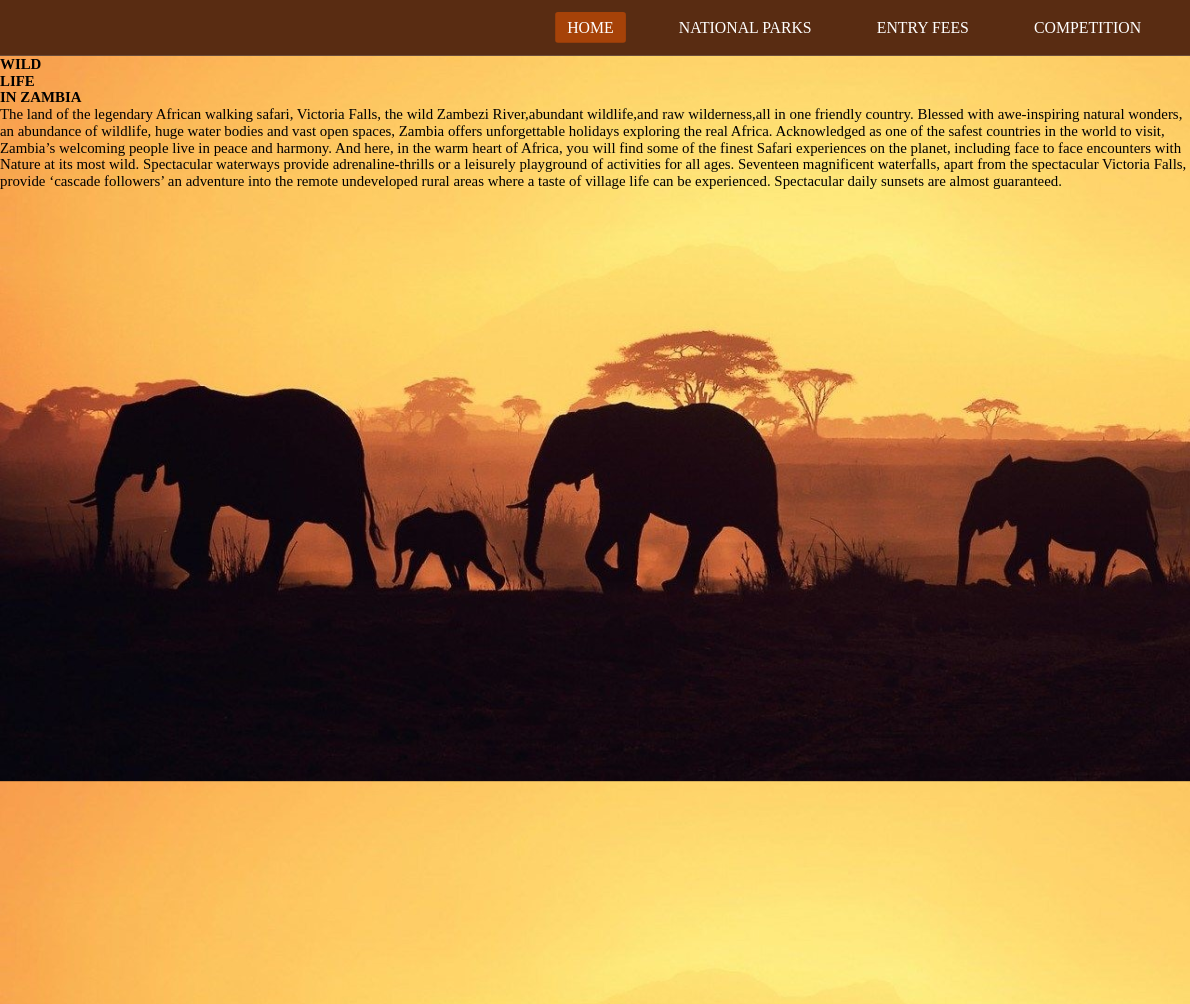
Repository: Lungdjos/web_assignment_3rd_yr
Page: home/index.html
These files come from the project's save history. The page is drawn as it stood at one moment and after a run of saves; the edit follows.
The browser window is 1280 px wide. The pictures show the whole page, at 93% of full size.
Some web libraries are served in a nearby version.

Above is the page before, as saved 2021-06-18 15:09:04.

After the next 3 saves:
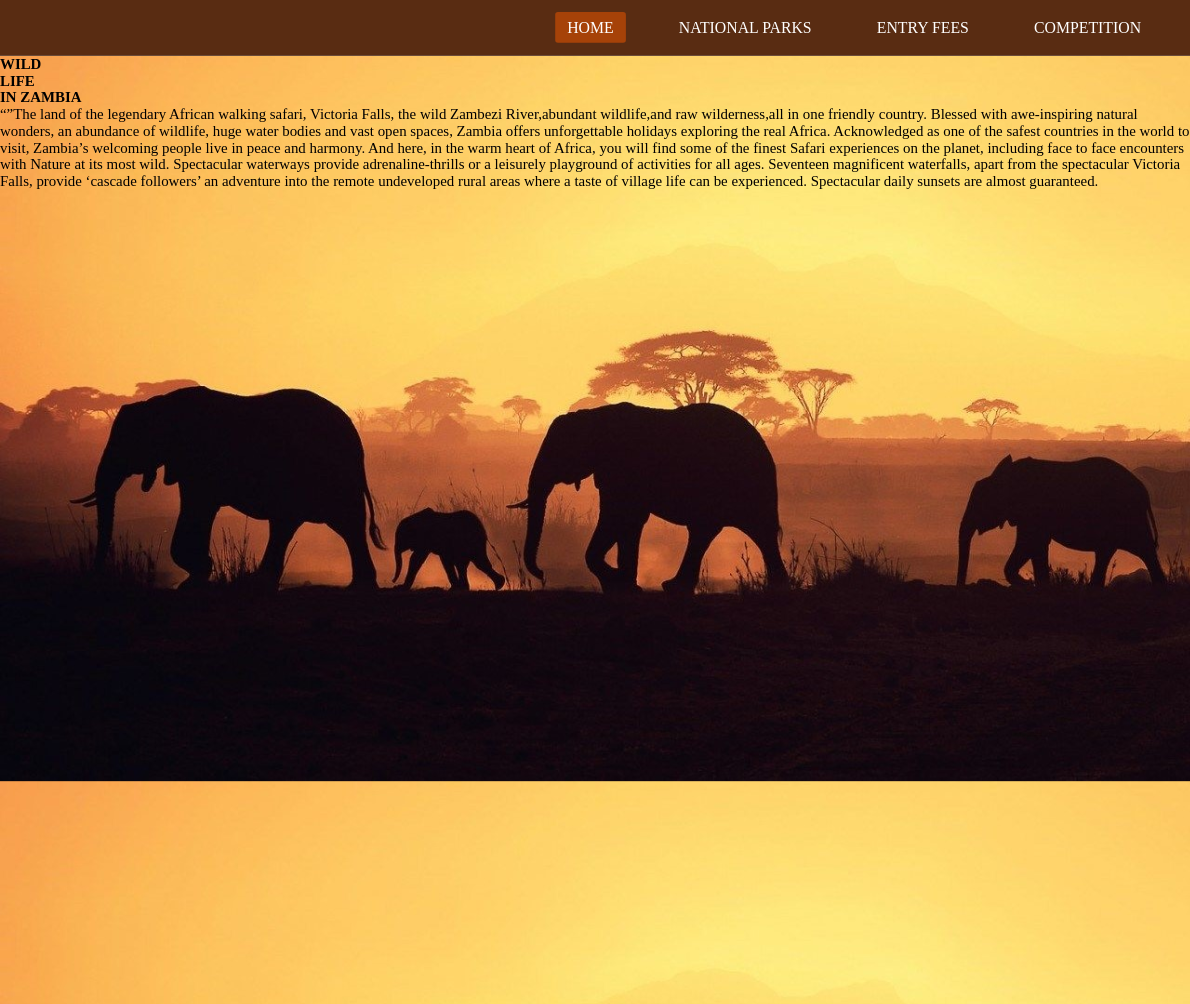
The 3 saves are shown as one change because they came seconds apart.
The last was saved 26 s later.
--- a/home/index.html
+++ b/home/index.html
@@ -53,11 +53,12 @@
                 </p>
             </div>
             <div>
-                <p>The land of the legendary African walking safari, Victoria Falls, the wild Zambezi River,abundant wildlife,and raw wilderness,all in one friendly country. Blessed with awe-inspiring natural wonders, an abundance of wildlife, huge water
-                    bodies and vast open spaces, Zambia offers unforgettable holidays exploring the real Africa. Acknowledged as one of the safest countries in the world to visit, Zambia’s welcoming people live in peace and harmony. And here, in the warm
-                    heart of Africa, you will find some of the finest Safari experiences on the planet, including face to face encounters with Nature at its most wild. Spectacular waterways provide adrenaline-thrills or a leisurely playground of activities
-                    for all ages. Seventeen magnificent waterfalls, apart from the spectacular Victoria Falls, provide ‘cascade followers’ an adventure into the remote undeveloped rural areas where a taste of village life can be experienced. Spectacular
-                    daily sunsets are almost guaranteed.</p>
+                <p>
+                    <q></q>The land of the legendary African walking safari, Victoria Falls, the wild Zambezi River,abundant wildlife,and raw wilderness,all in one friendly country. Blessed with awe-inspiring natural wonders, an abundance of wildlife,
+                    huge water bodies and vast open spaces, Zambia offers unforgettable holidays exploring the real Africa. Acknowledged as one of the safest countries in the world to visit, Zambia’s welcoming people live in peace and harmony. And here,
+                    in the warm heart of Africa, you will find some of the finest Safari experiences on the planet, including face to face encounters with Nature at its most wild. Spectacular waterways provide adrenaline-thrills or a leisurely playground
+                    of activities for all ages. Seventeen magnificent waterfalls, apart from the spectacular Victoria Falls, provide ‘cascade followers’ an adventure into the remote undeveloped rural areas where a taste of village life can be experienced.
+                    Spectacular daily sunsets are almost guaranteed.</p>
             </div>
 
         </section>
